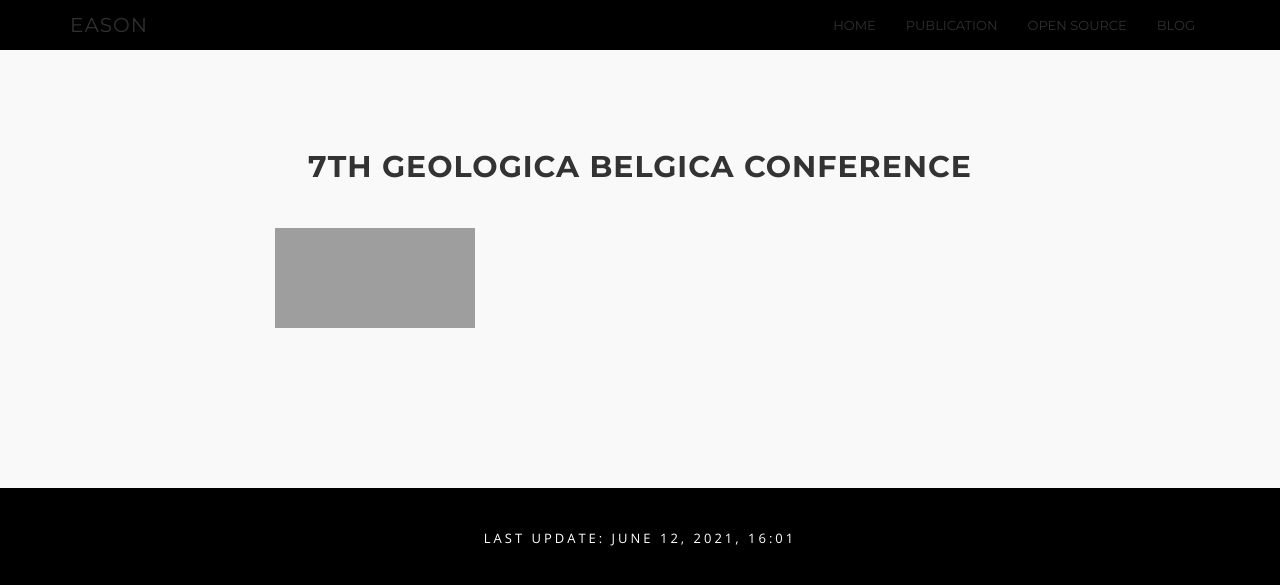
Repository: eazzzon/eazzzon.github.io
Page: post20210917.html
These files come from the project's save history. The page is drawn as it stood at one moment and after a run of saves; the edit follows.
The browser window is 1280 px wide. The pictures show the whole page.
Pictures or frames that could not be fetched are drawn as grey boxes.

Above is the page before, as saved 2021-09-18 13:36:27.

### post20210917.html
<!DOCTYPE html>
<html lang="en">
<head>
<meta charset="utf-8">
<meta http-equiv="X-UA-Compatible" content="IE=edge">
<meta name="viewport" content="width=device-width, initial-scale=1">
<meta name="description" content="">
<meta name="author" content="">
<title>yishen.zhang</title>
<!-- Bootstrap Core CSS -->
<link href="css/bootstrap.min.css" rel="stylesheet">
<!-- Custom CSS -->
<link href="css/theme.css" rel="stylesheet">
<!-- Custom Fonts -->
<link href="font-awesome/css/font-awesome.min.css" rel="stylesheet" type="text/css">
<link href="http://fonts.googleapis.com/css?family=Open+Sans:300,400,700,400italic,700italic" rel="stylesheet" type="text/css">
<link href="http://fonts.googleapis.com/css?family=Montserrat:400,700" rel="stylesheet" type="text/css">
<!-- HTML5 Shim and Respond.js IE8 support of HTML5 elements and media queries -->
<!-- WARNING: Respond.js doesn't work if you view the page via file:// -->
<!--[if lt IE 9]>
        <script src="https://oss.maxcdn.com/libs/html5shiv/3.7.0/html5shiv.js"></script>
        <script src="https://oss.maxcdn.com/libs/respond.js/1.4.2/respond.min.js"></script>
    <![endif]-->
</head>
<body id="page-top" data-spy="scroll" data-target=".navbar-fixed-top">
<!-- Navigation -->
<nav class="navbar navbar-custom navbar-fixed-top" role="navigation">
<div class="container">
	<div class="navbar-header">
		<button type="button" class="navbar-toggle" data-toggle="collapse" data-target=".navbar-main-collapse">
		<i class="fa fa-bars"></i>
		</button>
		<a class="navbar-brand page-scroll" href="index.html" style="color: #303030;">
		EASON </a>
	</div>
	<!-- Collect the nav links, forms, and other content for toggling -->
	<div class="collapse navbar-collapse navbar-right navbar-main-collapse">
		<ul class="nav navbar-nav" style="color: #303030;">
			<li>
			<a href="index.html">Home</a>
			</li>
			<li>
			<a href="publication.html">publication</a>
			</li>
			<li>
			<a href="opensource.html">open source</a>
			</li>
			<li>
			<a href="blog.html">blog</a>
			</li>
		</ul>
	</div>
	<!-- /.navbar-collapse -->
</div>
<!-- /.container -->
</nav>

<!-- Page Sample Section -->
<section id="page-sample">


<div class="container content-section text-left">
	<div class='container'>
		<div class="row">
			<h2 class="text-center">7th Geologica Belgica Conference</h2>
			<div class="col-lg-8 col-lg-offset-2">

				<img class='post-content-top-image'  src=https://geologicabelgica2021.africamuseum.be/themes/custom/africa_neato/logo.svg  />

			</div>
		</div>
	</div>
</div>
</section>




<!-- Footer -->
<footer>
<div class="container text-center">
	<p class="credits">
		last update: June 12, 2021, 16:01
	</p>
</div>
</footer>
<!-- jQuery -->
<script src="js/jquery.js"></script>
<!-- Bootstrap Core JavaScript -->
<script src="js/bootstrap.min.js"></script>
<!-- Plugin JavaScript -->
<script src="js/jquery.easing.min.js"></script>
<!-- Custom Theme JavaScript -->
<script src="js/theme.js"></script>
</body>
</html>

### css/theme.css
/* Aries v1.0 - by WowThemes.net */
body {
	width:100%;
	height:100%;
	font-family:Open Sans,"Helvetica Neue",Helvetica,Arial,sans-serif;
	color:#fff;
	background-color:#000;
	 font-weight:300;
}
html {
	width:100%;
	height:100%;
}
h1,h2,h3,h4,h5,h6 {
	margin:0 0 35px;
	text-transform:uppercase;
	font-family:Montserrat,"Helvetica Neue",Helvetica,Arial,sans-serif;
	font-weight:700;
	letter-spacing:1px;
}
p {
	margin:0 0 25px;
	font-size:18px;
	line-height:1.5;
}
@media(min-width:768px) {
	p {
		margin:0 0 35px;
		font-size:20px;
		line-height:1.6;
	}
}
a {
	color:inherit;
	-webkit-transition:all .2s ease-in-out;
	-moz-transition:all .2s ease-in-out;
	transition:all .2s ease-in-out;
}
a:hover,a:focus {
	text-decoration:none;
	color:inherit;
}
.light {
	font-weight:400;
}
.navbar-custom {
	margin-bottom:0;
	border-bottom:1px solid rgba(255,255,255,.3);
	text-transform:uppercase;
	font-family:Montserrat,"Helvetica Neue",Helvetica,Arial,sans-serif;
	background-color:#000;
}
.navbar-custom .navbar-brand {
	font-size:20px;
	text-transform:none;
	letter-spacing:1px;
}
.navbar-custom .navbar-brand:focus {
	outline:0;
}
.navbar-custom .navbar-brand .navbar-toggle {
	padding:4px 6px;
	font-size:16px;
	color:#fff;
}
.navbar-custom .navbar-brand .navbar-toggle:focus,.navbar-custom .navbar-brand .navbar-toggle:active {
	outline:0;
}
.navbar-custom a {
}
.navbar-custom .nav li a {
	-webkit-transition:background .3s ease-in-out;
	-moz-transition:background .3s ease-in-out;
	transition:background .3s ease-in-out;
}
.navbar-custom .nav li a:hover {
	outline:0;
	color:#1ba39c;
	background-color:transparent;
}
.navbar-custom .nav li a:focus,.navbar-custom .nav li a:active {
	outline:0;
	background-color:transparent;
}
.navbar-custom .nav li.active {
	outline:0;
}
.navbar-custom .nav li.active a {
	color:#1ba39c;
}
.navbar-custom .nav li.active a:hover {
	color:#1ba39c;
}
@media(min-width:768px) {
	.navbar-custom {
		padding:20px 0;
		border-bottom:0;
		font-size:13px;
		background:0 0;
		-webkit-transition:background .5s ease-in-out,padding .5s ease-in-out;
		-moz-transition:background .5s ease-in-out,padding .5s ease-in-out;
		transition:background .5s ease-in-out,padding .5s ease-in-out;
	}
		 .navbar-custom.top-nav-collapse {
		 padding:0;
		border-bottom:1px solid rgba(255,255,255,.3);
		color:#333;
			background:#fff;
	}
	.navbar-custom.top-nav-collapse a {
		color:#333;
		display:inline-block;
	}
}
.intro {
	display:table;
	width:100%;
	height:auto;
	padding:100px 0 100px 0;
	text-align:center;
	color:#fff;
	background-image:radial-gradient(circle at 50% 50%,rgba(95, 94, 94, 0.46),rgba(56, 56, 56, 0.88)), url('labelled.png');
	-webkit-background-size:cover;
	-moz-background-size:cover;
	background-size:cover;
	-o-background-size:cover;
}
.intro .intro-body {
	display:table-cell;
	vertical-align:middle;
}
.intro .intro-body .brand-heading {
	font-size:40px;
}
.intro .intro-body .intro-text {
	font-size:18px;
}
@media(min-width:768px) {
	.intro {
		height:100%;
		padding:0;
	}
	.intro .intro-body .brand-heading {
		font-size:60px;
		margin-top:90px;
		margin-bottom:20px;
		border-top:2px solid #fff;
		border-bottom:2px solid #fff;
		display:inline-block;
		padding:10px 0;
	}
	.intro .intro-body .intro-text {
		font-size:20px;
			font-weight:300;
			letter-spacing:3px;
	}
}
.btn-circle {
	width:50px;
	height:50px;
	margin-top:15px;
	line-height:40px;
	text-align:center;
	border:2px solid #fff;
	border-radius:100%!important;
	font-size:20px;
	color:#fff;
	background:0 0;
	-webkit-transition:background .3s ease-in-out;
	-moz-transition:background .3s ease-in-out;
	transition:background .3s ease-in-out;
}
.btn-circle:hover,.btn-circle:focus {
	outline:0;
	color:#fff;
	background:rgba(255,255,255,.1);
}
.btn-circle i.animated {
	-webkit-transition-property:-webkit-transform;
	-webkit-transition-duration:1s;
	-moz-transition-property:-moz-transform;
	-moz-transition-duration:1s;
}
.btn-circle:hover i.animated {
	-webkit-animation-name:pulse;
	-moz-animation-name:pulse;
	-webkit-animation-duration:1.5s;
	-moz-animation-duration:1.5s;
	-webkit-animation-iteration-count:infinite;
	-moz-animation-iteration-count:infinite;
	-webkit-animation-timing-function:linear;
	-moz-animation-timing-function:linear;
}
@-webkit-keyframes pulse {
	0% {
		-webkit-transform:scale(1);
		transform:scale(1);
	}
	50% {
		-webkit-transform:scale(1.2);
		transform:scale(1.2);
	}
	100% {
		-webkit-transform:scale(1);
		transform:scale(1);
	}
}
@-moz-keyframes pulse {
	0% {
		-moz-transform:scale(1);
		transform:scale(1);
	}
	50% {
		-moz-transform:scale(1.2);
		transform:scale(1.2);
	}
	100% {
		-moz-transform:scale(1);
		transform:scale(1);
	}
}
.content-section {
	padding:40px 0;
	clear:both;
}
@media(min-width:767px) {
	.content-section {
		padding:150px 0;
			 clear:both;
	}
}
.btn {
	border-radius:0;
	text-transform:uppercase;
	font-family:Montserrat,"Helvetica Neue",Helvetica,Arial,sans-serif;
	font-weight:400;
	-webkit-transition:all .3s ease-in-out;
	-moz-transition:all .3s ease-in-out;
	transition:all .3s ease-in-out;
}
.btn-default {
	border:1px solid #42dca3;
	color:#42dca3;
	background-color:transparent;
}
.btn-default:hover,.btn-default:focus {
	border:1px solid #42dca3;
	outline:0;
	color:#000;
	background-color:#42dca3;
}
ul.banner-social-buttons {
	margin-top:0;
}
@media(max-width:1199px) {
	ul.banner-social-buttons {
		margin-top:15px;
	}
}
@media(max-width:767px) {
	ul.banner-social-buttons li {
		display:block;
		margin-bottom:20px;
		padding:0;
	}
	ul.banner-social-buttons li:last-child {
		margin-bottom:0;
	}
}
footer {
	padding:40px 0;
	z-index:1;
	position:relative;
	clear:both;
}
footer p {
	margin:0;
	font-size:15px;
}
footer p.credits {
	text-transform:uppercase;
	font-size:13px;
	letter-spacing:3px;
}
::-moz-selection {
	text-shadow:none;
	background:#fcfcfc;
	background:rgba(255,255,255,.2);
}
::selection {
	text-shadow:none;
	background:#fcfcfc;
	background:rgba(255,255,255,.2);
}
img::selection {
	background:0 0;
}
img::-moz-selection {
	background:0 0;
}
body {
	webkit-tap-highlight-color:rgba(255,255,255,.2);
}
.bgblue {
	background:#22292c;
}
.inlineblock {
	display:inline-block;
}
p:last-child {
	margin-bottom:0;
}
p.lead {
	line-height:1.9;
}
.btnghost {
	border:2px solid #333;
	background-color:transparent;
	padding:15px 20px;
	letter-spacing:3px;
	font-size:12px;
	text-transform:uppercase;
	font-weight:400;
	color:#333;
	margin-top:20px;
	display:inline-block;
}
.btnghost:hover {
	background-color:#333;
	color:#fff;
	border:2px solid #333;
}
.bgcover {
	background-size:cover;
	background-repeat:no-repeat;
	position:relative;
}
img {
	max-width:100%;
}
.gallery ul {
	padding:0;
	margin:0;
}
.gallery img {
	max-width:100%;
	height:auto;
	padding:0;
	margin:0;
}
.gallery ul li {
	margin:0;
	position:relative;
	list-style:none;
	float:left;
	padding:0;
}
.gallery ul li a {
	display:block;
	position:relative;
	width:100%;
	height:100%;
	margin:0;
	padding:0;
	line-height:0;
}
.gallery ul li a:before {
	position:absolute;
	width:32px;
	height:32px;
	top:40%;
	left:50%;
	margin:-14px 0 0 -16px;
	/* background: url(data:[embedded picture, 2228 characters]) no-repeat; */
	content:"";
	opacity:0;
	z-index:1;
	-webkit-transition:all 0.3s linear;
	-moz-transition:all 0.3s linear;
	transition:all 0.3s linear;
}
.gallery ul li a:hover:before {
	top:50%;
	opacity:1;
}
.gallery ul li a:after {
	position:absolute;
	width:100%;
	top:0;
	bottom:0;
	background:rgba(0,0,0,0.3);
	content:"";
	opacity:0;
	-webkit-transition:all 0.3s linear;
	-moz-transition:all 0.3s linear;
	transition:all 0.3s linear;
}
.gallery ul li a:hover:after {
	opacity:1;
}
section:after {
	float:none;
	clear:both;
}
section {
	background-color:#f9f9f9;
	color:#333;
	overflow:hidden;
}
.done {
	display:none;
}
.error input,input.error,.error textarea,textarea.error {
	background-color:#ffffff;
	border-bottom:2px solid orangered !Important;
	-webkit-transition:border linear 0.2s,box-shadow linear 0.2s;
	-moz-transition:border linear 0.2s,box-shadow linear 0.2s;
	-o-transition:border linear 0.2s,box-shadow linear 0.2s;
	transition:border linear 0.2s,box-shadow linear 0.2s;
}

/* post-box style */
.post-box {
	width: 700px;
	height: 110px;
	margin: 20px;
	box-shadow: 0 10px 20px rgba(0, 0, 0, 0.19), 0 6px 6px rgba(0, 0, 0, 0.23);
  }

  .box-img {
	width: 100px;
	height: 80px;
	padding: 0px;
	margin: 15px;
  }

  .box-text {
	margin: 0px;
	position: absolute;
	font-size: 15px;
	padding: 50px;
	top: -5px;
	left: 70px;
  }

  .p {
	padding: 50px;
	margin: 10px;
	position: relative;
	bottom: 100px;
	left: 90px;
  }

  .p2 {
	padding: px;
	margin: 10px;
	font-size: 15px;
	position: relative;
	left: 50px;
	bottom: -10px;
  }

/* post content style */
.post-content-top-image{
	width: 200px;
	height: 100px;
	padding: 0px;
	margin: 10px;
	position: relative;

}

### js/theme.js
// jQuery to collapse the navbar on scroll
$(window).scroll(function() {
    if ($(".navbar").offset().top > 50) {
        $(".navbar-fixed-top").addClass("top-nav-collapse");
    } else {
        $(".navbar-fixed-top").removeClass("top-nav-collapse");
    }
});

// jQuery for page scrolling feature - requires jQuery Easing plugin
$(function() {
    $('a.page-scroll').bind('click', function(event) {
        var $anchor = $(this);
        $('html, body').stop().animate({
            scrollTop: $($anchor.attr('href')).offset().top
        }, 1500, 'easeInOutExpo');
        event.preventDefault();
    });
});

// Closes the Responsive Menu on Menu Item Click
$('.navbar-collapse ul li a').click(function() {
    $('.navbar-toggle:visible').click();
});

Loaded but not shown: css/bootstrap.min.css (library); font-awesome/css/font-awesome.min.css (library); js/jquery.js (library); js/bootstrap.min.js (library); js/jquery.easing.min.js (library)

After the next 3 saves:
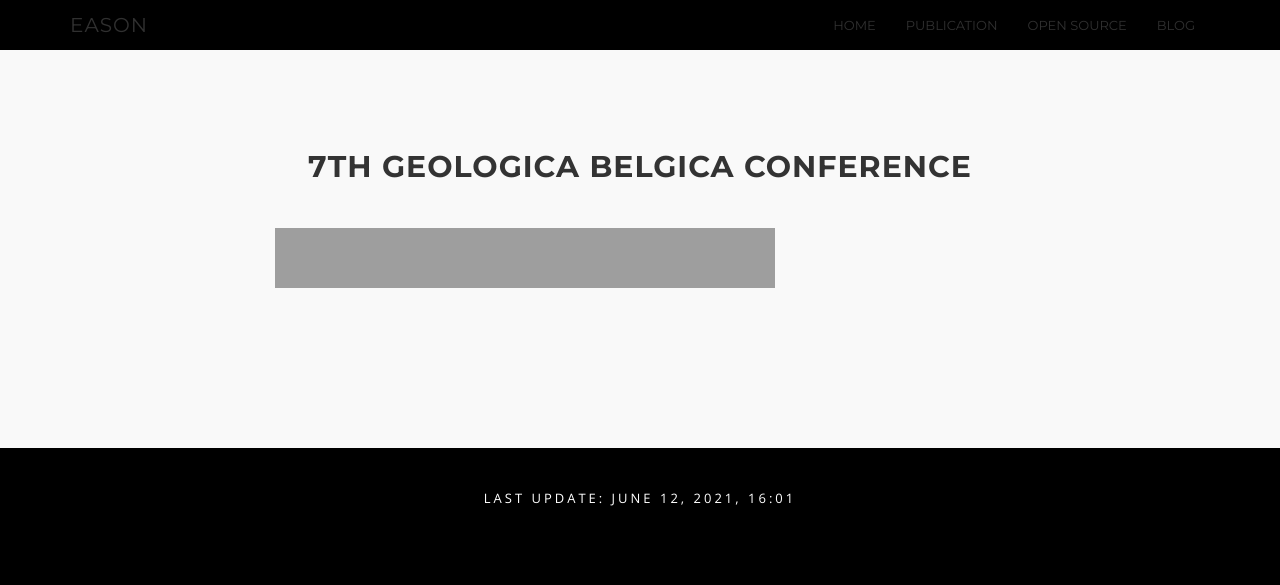
The 3 saves are shown as one change because they came seconds apart.
The last was saved 13 s later.
--- a/css/theme.css
+++ b/css/theme.css
@@ -462,10 +462,10 @@ section {
 
 /* post content style */
 .post-content-top-image{
-	width: 200px;
-	height: 100px;
+	width: 500px;
+	height: 60px;
 	padding: 0px;
 	margin: 10px;
-	position: relative;
-
-}
+
+
+}
